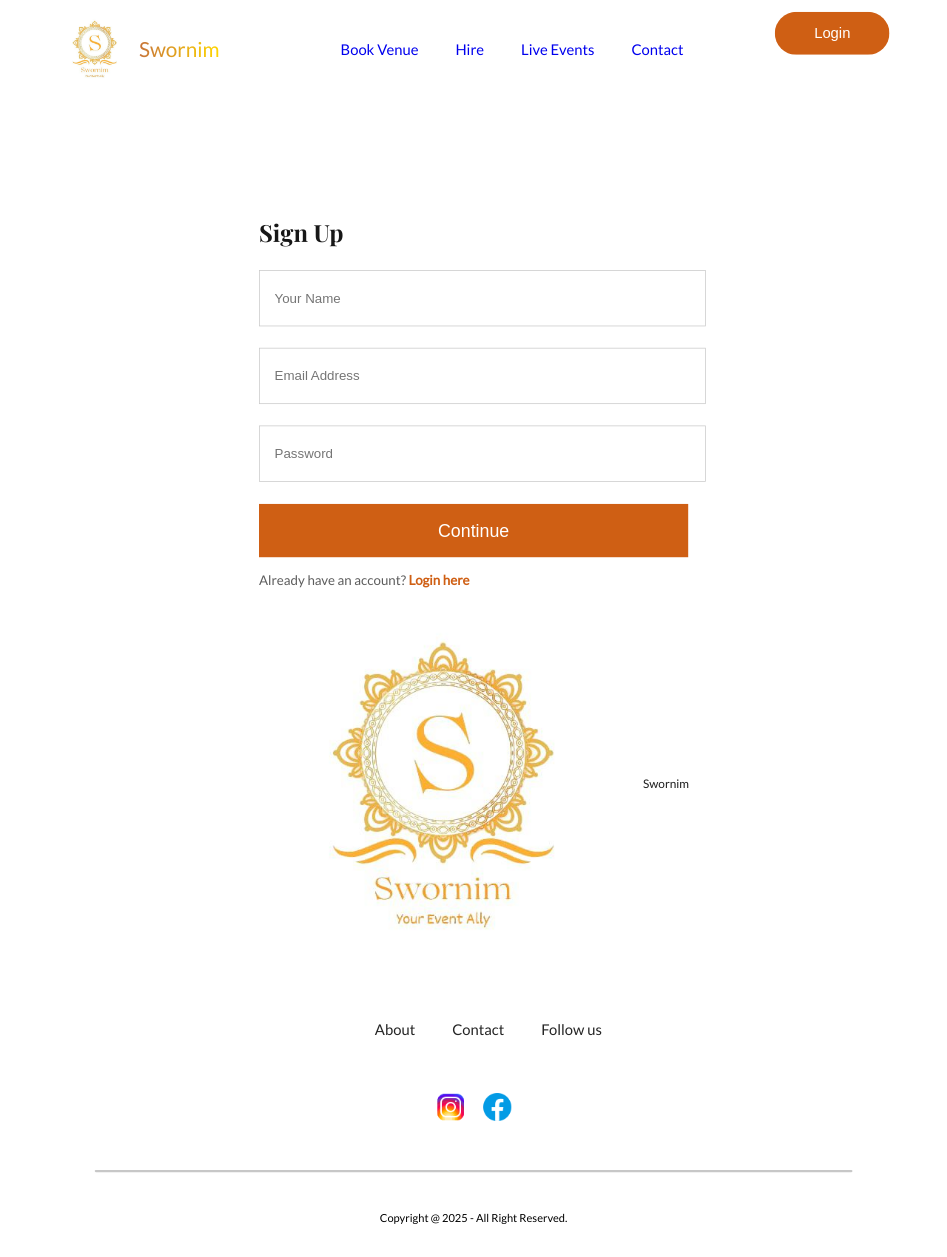
Repository: leonischu/Swornim
Page: /login (app in frontend/)
These files come from the project's save history. The page is drawn as it stood at one moment and after the next save; the edit follows.
The browser window is 1280 px wide. The pictures show the whole page, at 74% of full size.
The project was rebuilt for these pictures with package versions that can differ from the ones it lists, and the page was loaded fresh each time. Also part of the build but not shown: frontend/src/App.css, frontend/src/Pages/Book.jsx, frontend/src/Pages/Contact.jsx.

Above is the page before, as saved 2025-05-31 15:12:24.

After the next save:
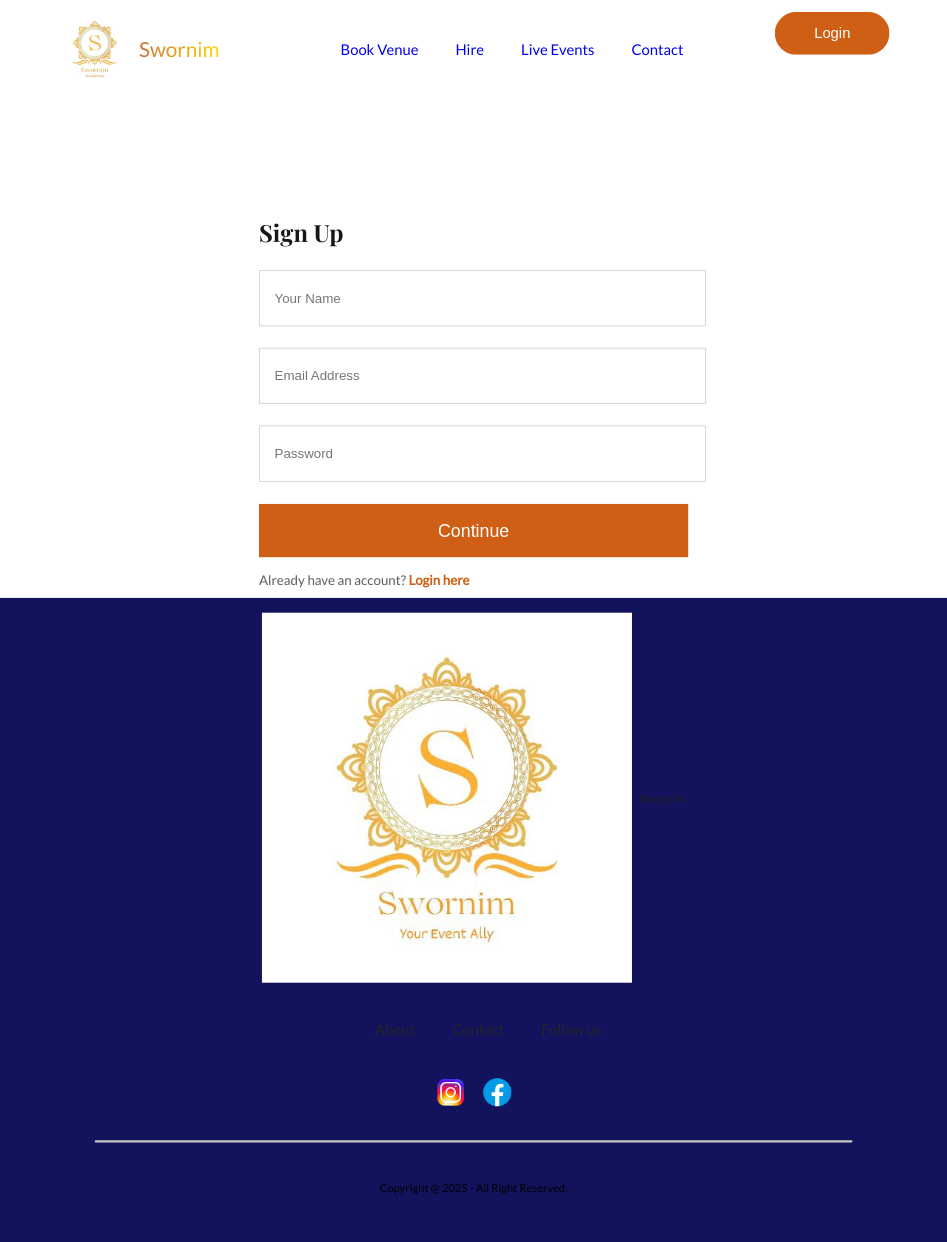
Saved 2 min 16 s later.
--- a/frontend/src/Components/Footer/Footer.css
+++ b/frontend/src/Components/Footer/Footer.css
@@ -3,16 +3,18 @@
     flex-direction: column;
     justify-content: center;
     align-items: center;
-    gap: 50px;
+    gap: 30px;
+    padding: 20px 0;
+    background-color: rgb(19, 19, 93);
 }
 .footer_logo{
     display: flex;
     align-items: center;
-    gap: 20px;
+    gap: 10px;
 
 }
 .footer-logo img {
-    width: 50px; /* Adjust the width for the image */
+    width: 30px; /* Adjust the width for the image */
     height: auto; /* Maintain aspect ratio */
 }
 .footer-logo p{
